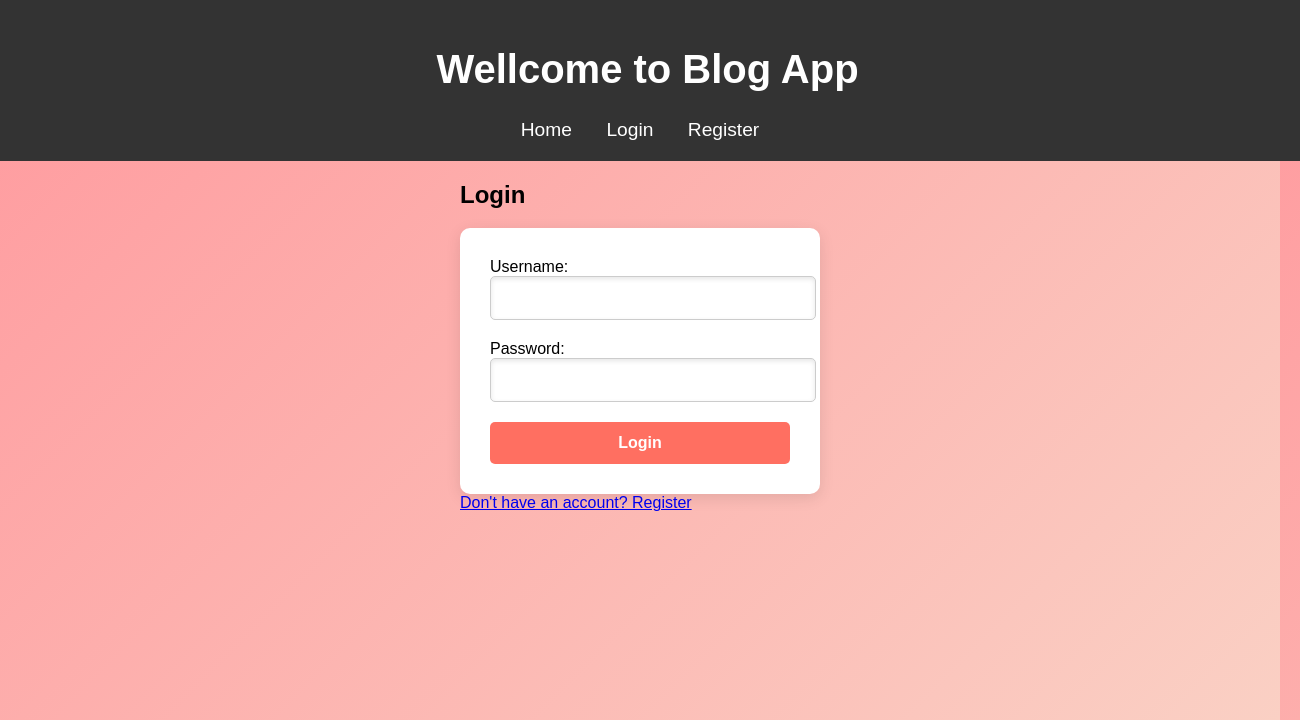
Repository: kapucuonur/blog_App
Page: users/templates/users/login.html
The author's editor kept a copy of each file at every save. The page is drawn from the files as they stood at one save, then again after the next save.
The browser window is 1280 px wide. The page is 1300 px wide, so the pictures cover 1300 px, including what lies to the right of the window. The pictures show the whole page.
The template is drawn by Django 4.2. The application's start-up code is not run. The template is opened directly, without the code that normally fills it, so the values that code supplies are empty.

Above is the page before, as saved 2025-01-28 13:19:28.

After the next save:
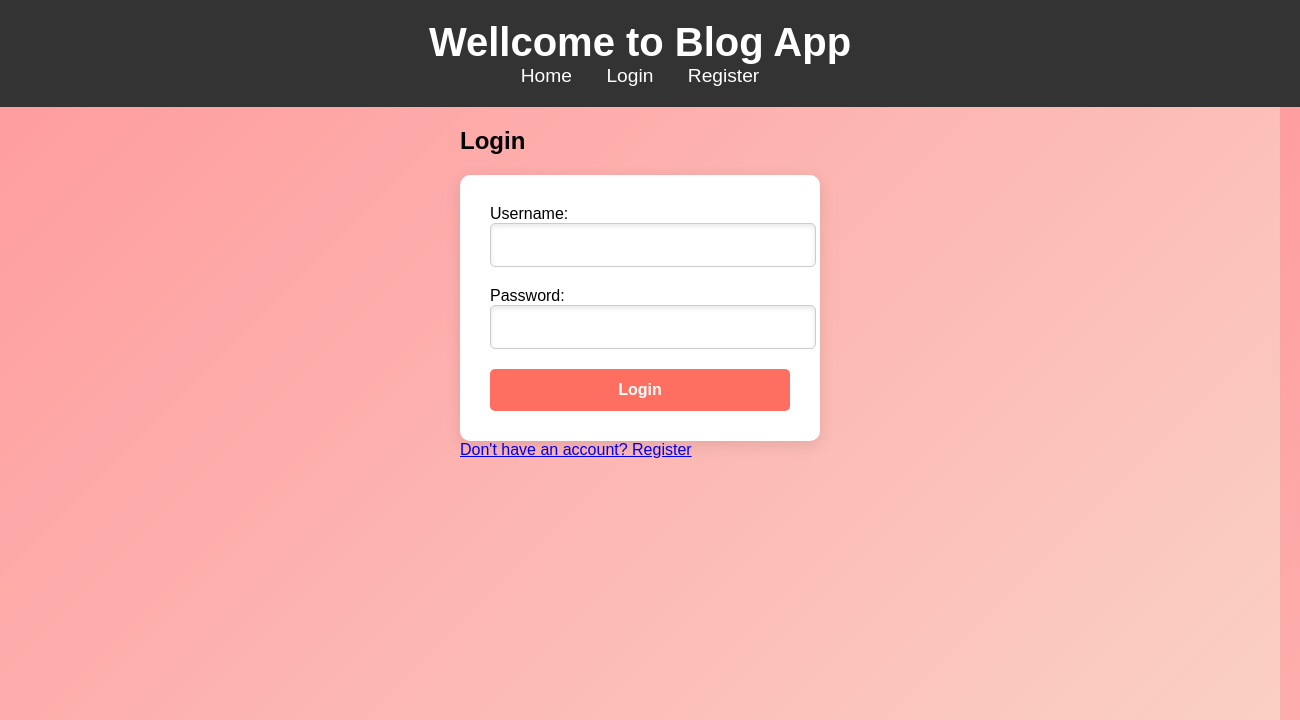
Saved 20 s later.
--- a/static/css/styles.css
+++ b/static/css/styles.css
@@ -32,7 +32,7 @@ header {
 }
 
 header h1 {
-    margin-left: 15px;
+    margin: 0;
     font-size: 2.5rem;
 }
 
